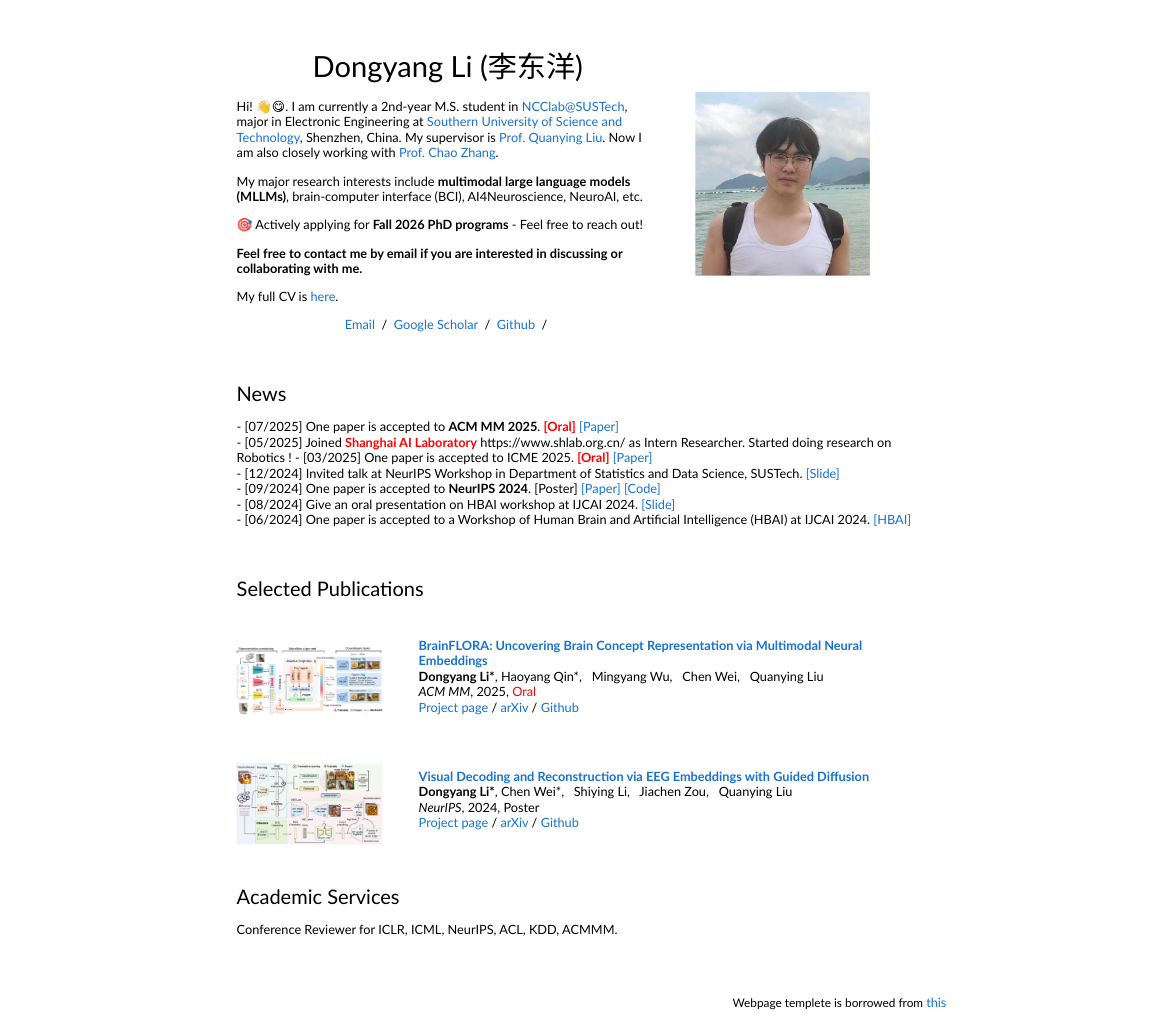
Repository: dongyangli-del/dongyangli-del.github.io
Page: index.html
An editor plug-in stored every save of this project. The page is shown before and after a run of saves, followed by the edit.
The browser window is 1280 px wide. The pictures show the whole page, at 91% of full size.

Above is the page before, as saved 2025-07-12 21:35:57.

After the next 5 saves:
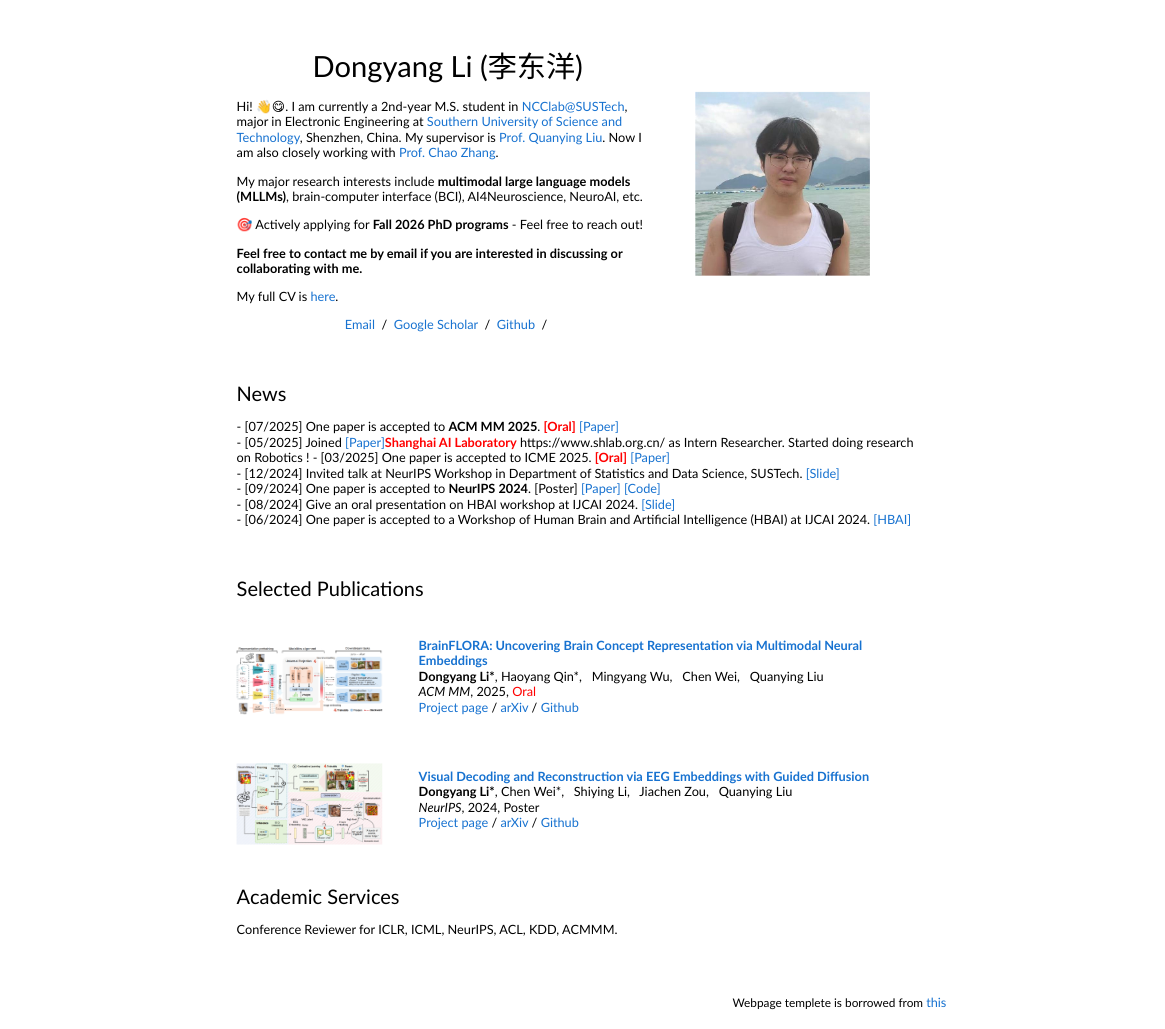
The 5 saves are shown as one change because they came seconds apart.
The last was saved 23 s later.
--- a/index.html
+++ b/index.html
@@ -78,7 +78,7 @@
               <p>
                 - [07/2025] One paper is accepted to <strong>ACM MM 2025</strong>. <span style="color: red; font-weight: bold;">[Oral]</span> <a href="https://arxiv.org/pdf/2410.23754">[Paper]</a><br>
 
-                - [05/2025] Joined <span style="color: red; font-weight: bold;">Shanghai AI Laboratory</span> https://www.shlab.org.cn/ as Intern Researcher. Started doing research on Robotics !
+                - [05/2025] Joined <a href="https://arxiv.org/abs/2403.07721">[Paper]</a><span style="color: red; font-weight: bold;">Shanghai AI Laboratory</span> https://www.shlab.org.cn/ as Intern Researcher. Started doing research on Robotics !
 
                 - [03/2025] One paper is accepted to ICME 2025. <span style="color: red; font-weight: bold;">[Oral]</span> <a href="https://arxiv.org/pdf/2410.23754">[Paper]</a><br>
 
